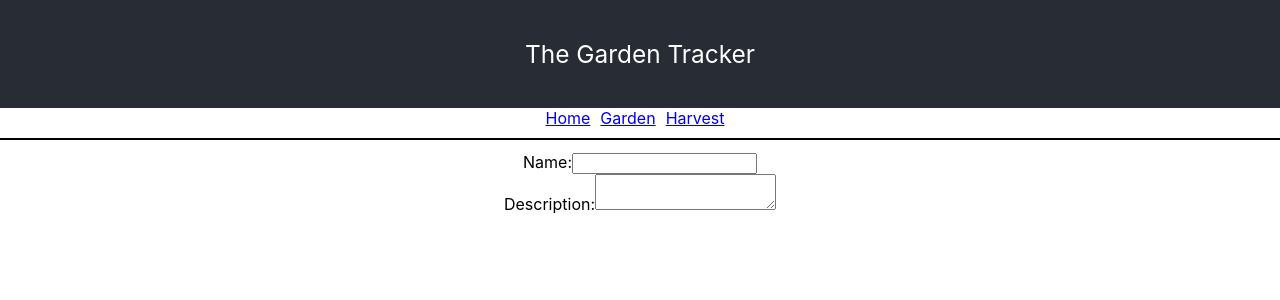
Repository: charliejp0311/ReactReduxFinal
Page: /garden (app in gardentracker/)
The author's editor kept a copy of each file at every save. The page is drawn from the files as they stood at one save, then again after the next save.
The browser window is 1280 px wide. The pictures show the whole page.
The page's requests for data from a server got no answer. The project was rebuilt for these pictures with package versions that can differ from the ones it lists, and the page was loaded fresh each time. No one was signed in, and anything a server would have sent is missing. Also part of the build but not shown: gardentracker/src/containers/GardenbookContainer.js, gardentracker/src/containers/HarvestContainer.js.

Above is the page before, as saved 2020-11-04 15:39:21.

After the next save:
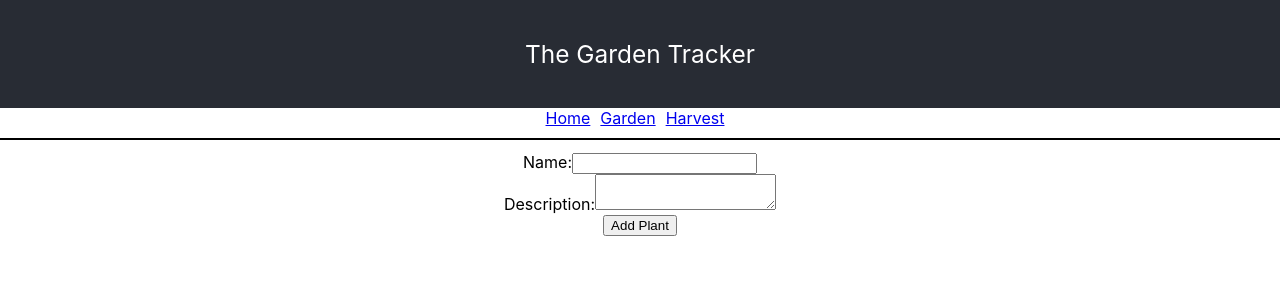
Saved 79 s later.
--- a/gardentracker/src/components/plantForm.js
+++ b/gardentracker/src/components/plantForm.js
@@ -40,6 +40,7 @@ class PlantForm extends Component {
                     Description:
                     <textarea name='description' onChange={this.handleChange}/>
                 </label><br />
+                <input type='submit' value='Add Plant' />
             </form>
         );
     };
